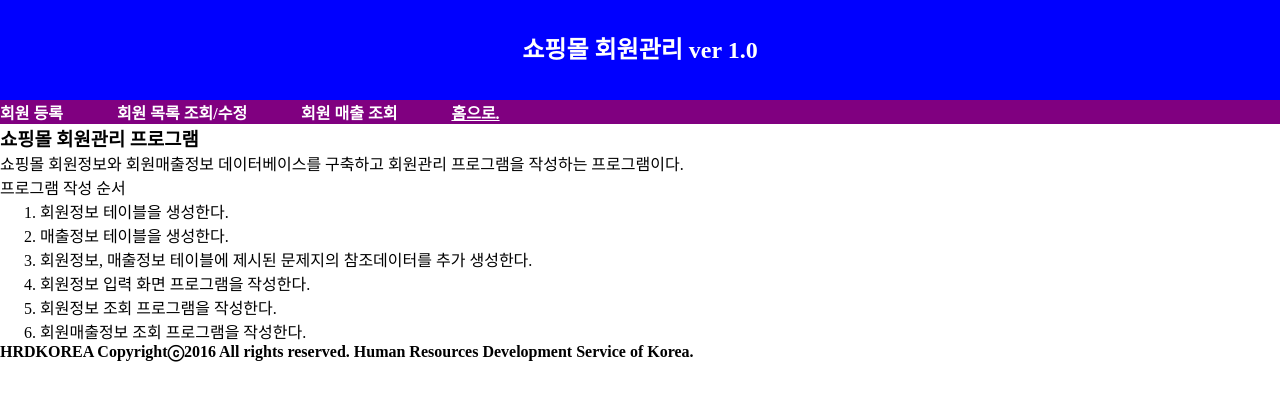
Repository: brightjy/Today-what-I-practiced
Page: http://localhost/HRD_900108/main/main.jsp
These files come from the project's save history. The page is drawn as it stood at one moment and after the next save; the edit follows.
The browser window is 1280 px wide. The pictures show the whole page.
The page is served by Tomcat 9.

Above is the page before, as saved 2020-05-09 11:38:42.

After the next save:
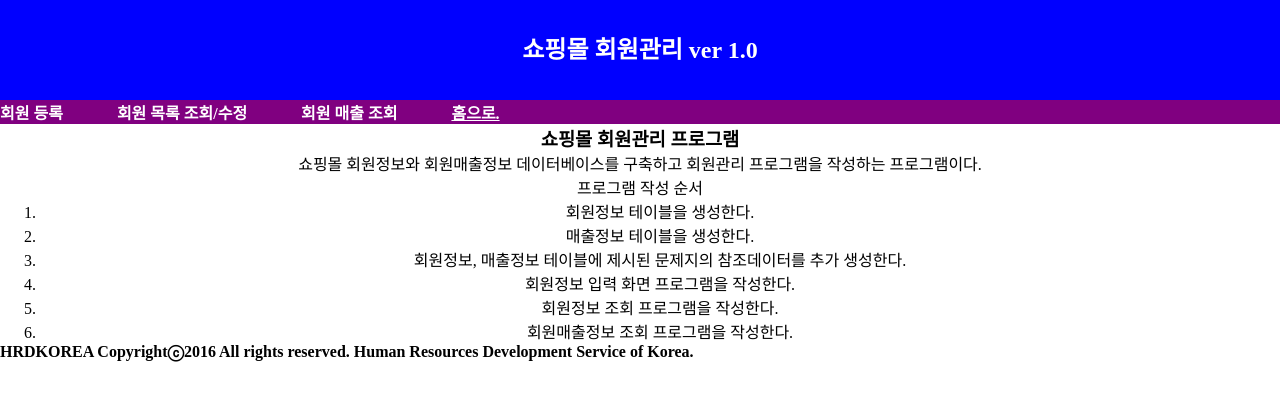
Saved 40 s later.
--- a/hrdkorea_0509/HRD_900108/WebContent/main/main.jsp
+++ b/hrdkorea_0509/HRD_900108/WebContent/main/main.jsp
@@ -28,6 +28,9 @@
 		font-weight:bold;
 		padding-right:50px;
 	}
+	section{
+		text-align:center;
+	}
 </style>
 </head>
 <body>
